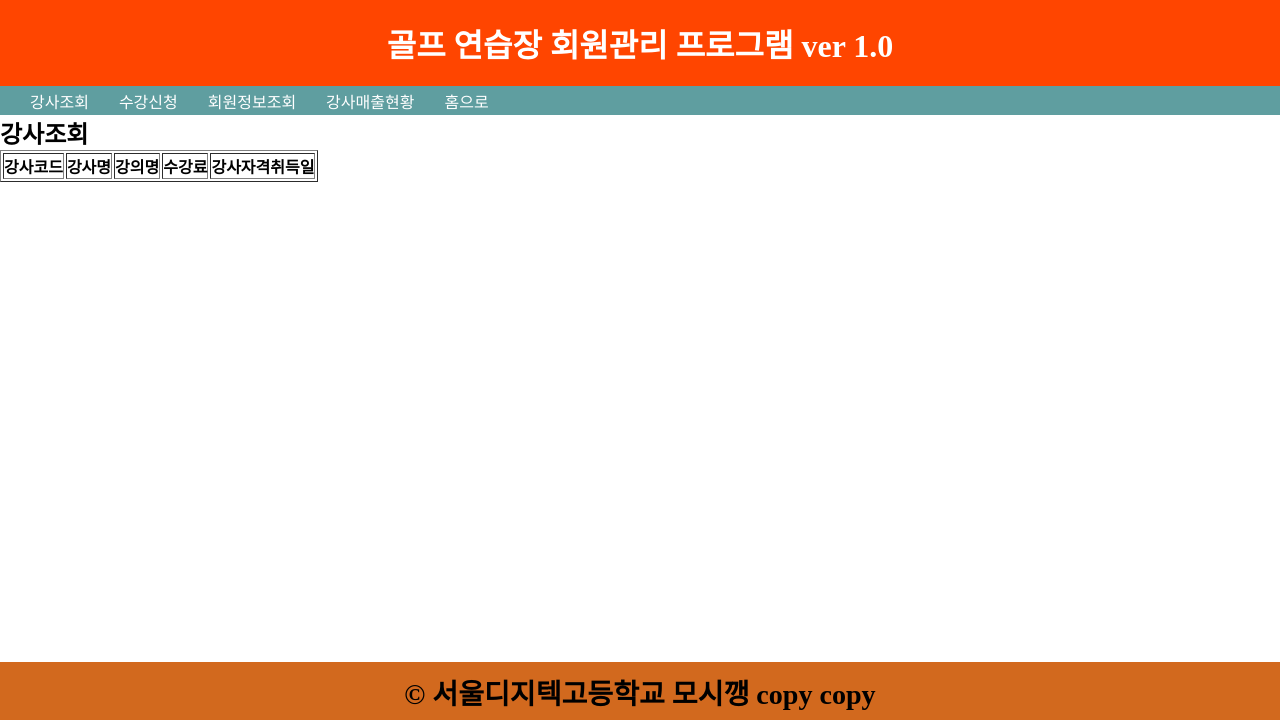
Repository: balhyo-younjisang/DigitechJSP
Page: http://localhost/golf/teacher.jsp
These files come from the project's save history. The page is drawn as it stood at one moment and after a run of saves; the edit follows.
The browser window is 1280 px wide. The pictures show the whole page.
The page is served by Tomcat 9. Queries for data that is not in the repository find no rows.

Above is the page before, as saved 2025-04-11 04:02:33.

### pizza0403/golf/src/main/webapp/teacher.jsp
<%@page import="java.sql.ResultSet"%>
<%@page import="java.sql.PreparedStatement"%>
<%@page import="golf.DBConnection"%>
<%@page import="java.sql.Connection"%>
<%@ page language="java" contentType="text/html; charset=UTF-8"
	pageEncoding="UTF-8"%>
<%
	Connection conn = DBConnection.getConnection();
	String sql = "SELECT teacher_cd, teacher_nm, class_nm, TRIM(TO_CHAR(class_price, 'L999,999,999')) class_price, TO_CHAR(TO_DATE(register_date), 'yyyy\"년\"mm\"월\"dd\"일\"') register_date  from tbl_teacher_202305";
	PreparedStatement pstmt = conn.prepareStatement(sql);
	ResultSet rs = pstmt.executeQuery();
%>
<!DOCTYPE html>
<html>
<head>
<meta charset="UTF-8">
<title>골프 연습장 회원관리 프로그램 ver 1.0</title>
<link rel="stylesheet" href="./css/style.css">
</head>
<body>
	<%@ include file="./component/header.jsp"%>
	<main>
		<section class="title">
			<h2>강사조회</h2>
		</section>
		<section class="content">
			<form>
				<table border="1">
					<tr>
						<th>강사코드</th>
						<th>강사명</th>
						<th>강의명</th>
						<th>수강료</th>
						<th>강사자격취득일</th>
					</tr>
					<% while(rs.next()) { %>
					<tr>
						<td><%=rs.getString("teacher_cd") %></td>
						<td><%=rs.getString("teacher_nm") %></td>
						<td><%=rs.getString("class_nm") %></td>
						<td><%=rs.getString("class_price") %></td>
						<td><%=rs.getString("register_date") %></td>
					</tr>
					<% } %>
				</table>
			</form>
		</section>
	</main>
	<%@ include file="./component/footer.jsp"%>
</body>
<%
	DBConnection.close(rs, pstmt, conn);
%>
</html>

### pizza0403/golf/src/main/webapp/component/header.jsp
<%@ page language="java" contentType="text/html; charset=UTF-8"
	pageEncoding="UTF-8"%>
<header>
	<div>
		<h1>골프 연습장 회원관리 프로그램 ver 1.0</h1>
	</div>
	<nav>
		<ul class="gnb">
			<li><a href="teacher.jsp">강사조회</a></li>
			<li><a href="register.jsp">수강신청</a></li>
			<li><a href="select.jsp">회원정보조회</a></li>
			<li><a href="cost.jsp">강사매출현황</a></li>
			<li><a href="index.jsp">홈으로</a></li>
		</ul>
	</nav>
</header>

### pizza0403/golf/src/main/webapp/component/footer.jsp
<%@ page language="java" contentType="text/html; charset=UTF-8"
    pageEncoding="UTF-8"%>
<footer>
	<h3>
		&copy; 서울디지텍고등학교 모시깽 copy copy
	</h3>
</footer>

### pizza0403/golf/src/main/java/golf/DBConnection.java
package golf;

import java.sql.Connection;
import java.sql.DriverManager;
import java.sql.PreparedStatement;
import java.sql.ResultSet;

public class DBConnection {
	public static Connection getConnection() {
		Connection conn = null;
		try {
			Class.forName("oracle.jdbc.OracleDriver");
			conn = DriverManager.getConnection("jdbc:oracle:thin:@localhost:1521:xe", "system", "1234");
		} catch (Exception e) {
			System.out.println("DBConnection Failed :: e");
			e.printStackTrace();
		}

		return conn;
	}

	public static void close(PreparedStatement pstmt, Connection conn) {
		try {
			if(pstmt != null) pstmt.close();
			if(conn != null) conn.close();
		} catch (Exception e) {
			System.out.println("DBConnection close Failed :: e");
			e.printStackTrace();
		}
	}

	public static void close(ResultSet rs, PreparedStatement pstmt, Connection conn) {
		try {
			if(rs != null) rs.close();
			if(pstmt != null) pstmt.close();
			if(conn != null) conn.close();
		} catch (Exception e) {
			System.out.println("DBConnection close Failed :: e");
			e.printStackTrace();
		}
	}
}

### pizza0403/golf/src/main/webapp/css/style.css
@charset "UTF-8";

* {
	margin: 0;
	padding: 0;
	box-sizing: border-box;
}

a {
	text-decoration: none;
	color: inherit;
}

ul, li {
	list-style: none;
}

header {
	width: 100vw;
	height: 16vh;
}

header div {
	display: flex;
	align-items: center;
	justify-content: center;
	height: 12vh;
	background-color: orangered;
	color: white;
}

nav .gnb {
	display: flex;
	align-items: center;
	gap: 30px;
	padding-left: 30px;
	height: 4vh;
	background-color: cadetblue;
	color: white;
}

main {
	width: 100vw;
	height: calc(100vh - 16vh - 8vh);
}

footer {
	width: 100vw;
	position: fixed;
	height: 8vh;
	bottom: 0;
	left: 0;
	background-color: chocolate;
	display: flex;
	align-items: center;
	justify-content: center;
	font-size: 24px;
}

After the next 2 saves:
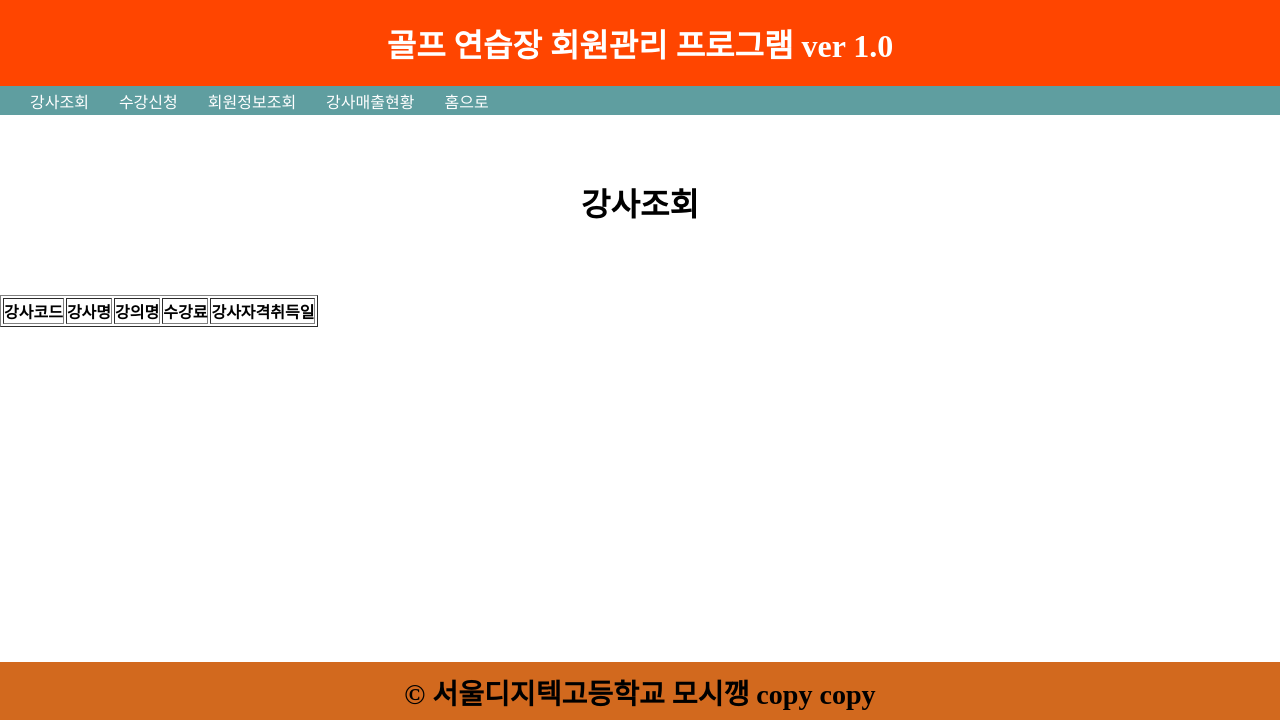
The 2 saves are shown as one change because they came seconds apart.
The last was saved 25 s later.
--- a/pizza0403/golf/src/main/webapp/css/style.css
+++ b/pizza0403/golf/src/main/webapp/css/style.css
@@ -44,6 +44,13 @@ main {
 	height: calc(100vh - 16vh - 8vh);
 }
 
+main .title h2 {
+	text-align: center;
+	font-size: 32px;
+	line-height: 180px;
+	font-weight: bold;
+}
+
 footer {
 	width: 100vw;
 	position: fixed;
